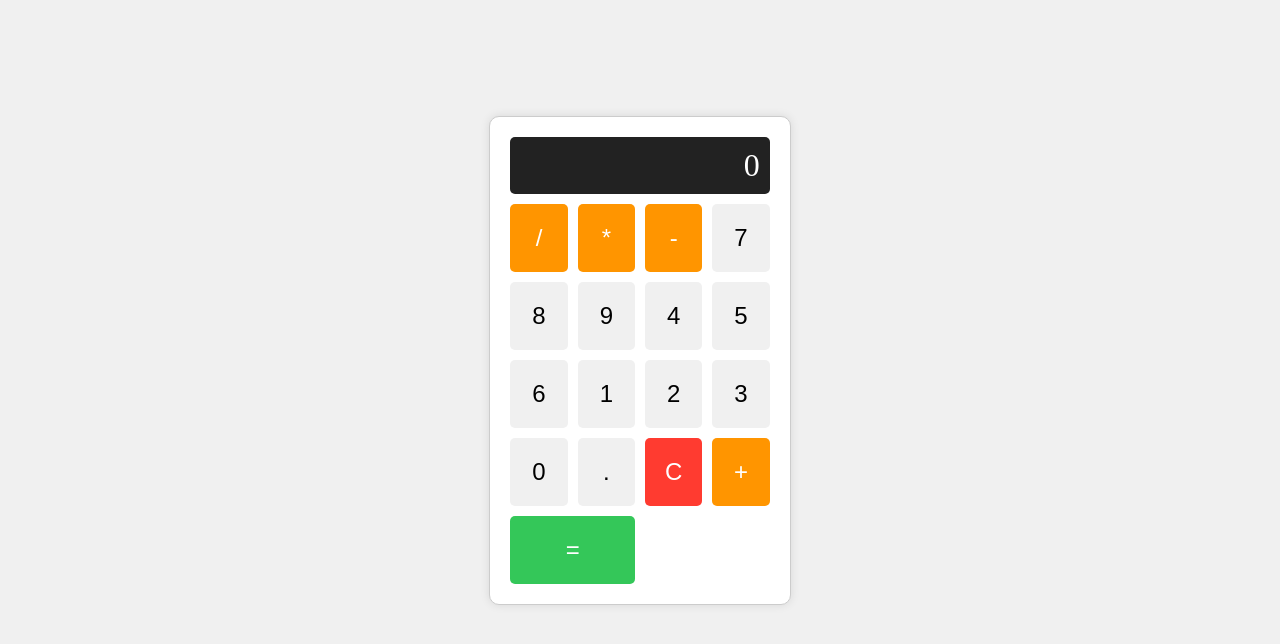
Repository: alizey12/calculator
Page: index.html
The author's editor kept a copy of each file at every save. The page is drawn from the files as they stood at one save, then again after a run of saves.
The browser window is 1280 px wide. The pictures show the whole page.

Above is the page before, as saved 2024-11-23 18:32:13.

### index.html
<!DOCTYPE html>
<html lang="en">
<head>
    <meta charset="UTF-8">
    <meta name="viewport" content="width=device-width, initial-scale=1.0">
    <title>Document</title>
    <link rel="stylesheet" href="styles.css">
</head>
<body>


        <div class="calculator">
            <div class="display" id="display">0</div>
            <div class="buttons">
                <button class="btn operator">/</button>
                <button class="btn operator">*</button>
                <button class="btn operator">-</button>
                <button class="btn">7</button>
                <button class="btn">8</button>
                <button class="btn">9</button>

                <button class="btn">4</button>
                <button class="btn">5</button>
                <button class="btn">6</button>

                <button class="btn">1</button>
                <button class="btn">2</button>
                <button class="btn">3</button>

                <button class="btn">0</button>
                <button class="btn">.</button>
                <button class="btn" id="clear">C</button>
                <button class="btn operator">+</button>
                <button class="btn operator" id="equals">=</button>
            </div>
        </div>


    <script src="script.js"></script>
</body>
</html>

### styles.css
body {
    display: flex;
    justify-content: center;
    align-items: center;
    height: 100vh;
    background-color: #f0f0f0;
    margin: 0;
}

.calculator {
    border: 1px solid #ccc;
    border-radius: 10px;

    padding: 20px;
    background-color: #fff;
    box-shadow: 0 0 10px rgba(0, 0, 0, 0.1);
}

.display {
    font-size: 2em;
    margin-bottom: 10px;
    padding: 10px;

    background-color: #222;
    color: #fff;
    text-align: right;
    border-radius: 5px;
}
#display{
    height: 80%;
}
.buttons {
    display: grid;
    grid-template-columns: repeat(4, 1fr);
    gap: 10px;
}

.btn {
    padding: 20px;
    font-size: 1.5em;
    border: none;
    border-radius: 5px;
    background-color: #f0f0f0;
    cursor: pointer;
}

.btn.operator {
    background-color: #ff9500;
    color: #fff;
}

.btn#clear {
    background-color: #ff3b30;
    color: #fff;
}

.btn#equals {
    grid-column: span 2;
    background-color: #34c759;
    color: #fff;
}

Loaded but not shown: script.js (no copy from this time; the picture is the same without it)

After the next 2 saves:
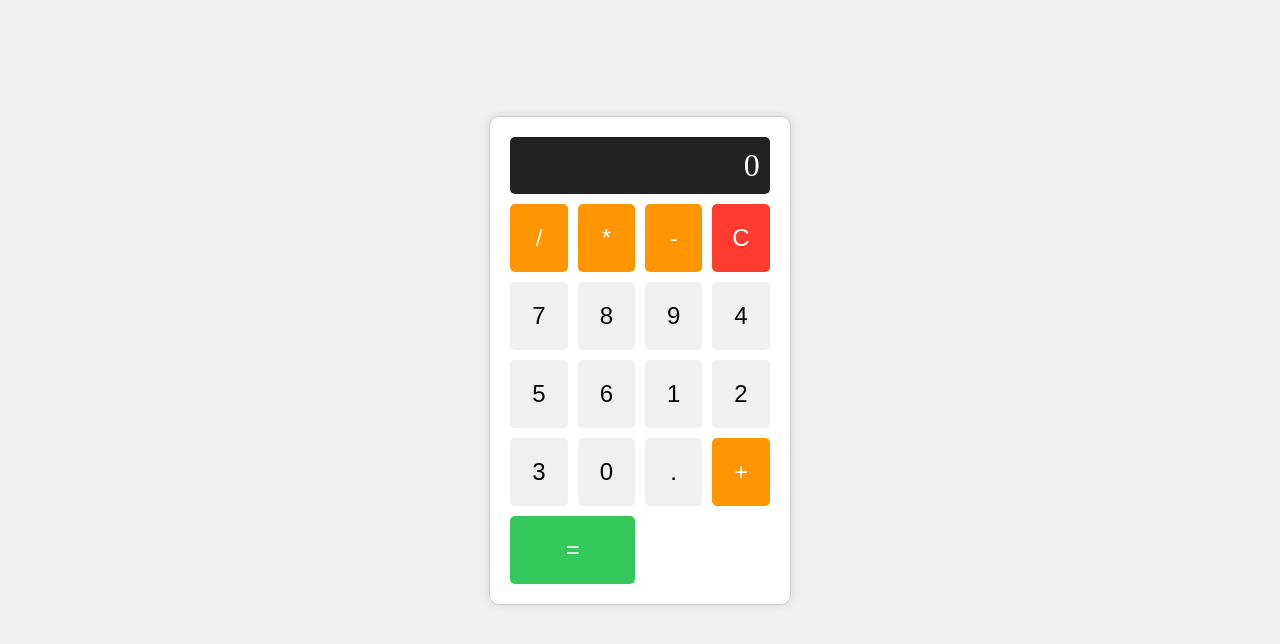
The 2 saves are shown as one change because they came seconds apart.
The last was saved 9 s later.
--- a/index.html
+++ b/index.html
@@ -15,6 +15,7 @@
                 <button class="btn operator">/</button>
                 <button class="btn operator">*</button>
                 <button class="btn operator">-</button>
+                <button class="btn" id="clear">C</button>
                 <button class="btn">7</button>
                 <button class="btn">8</button>
                 <button class="btn">9</button>
@@ -29,7 +30,7 @@
 
                 <button class="btn">0</button>
                 <button class="btn">.</button>
-                <button class="btn" id="clear">C</button>
+
                 <button class="btn operator">+</button>
                 <button class="btn operator" id="equals">=</button>
             </div>
